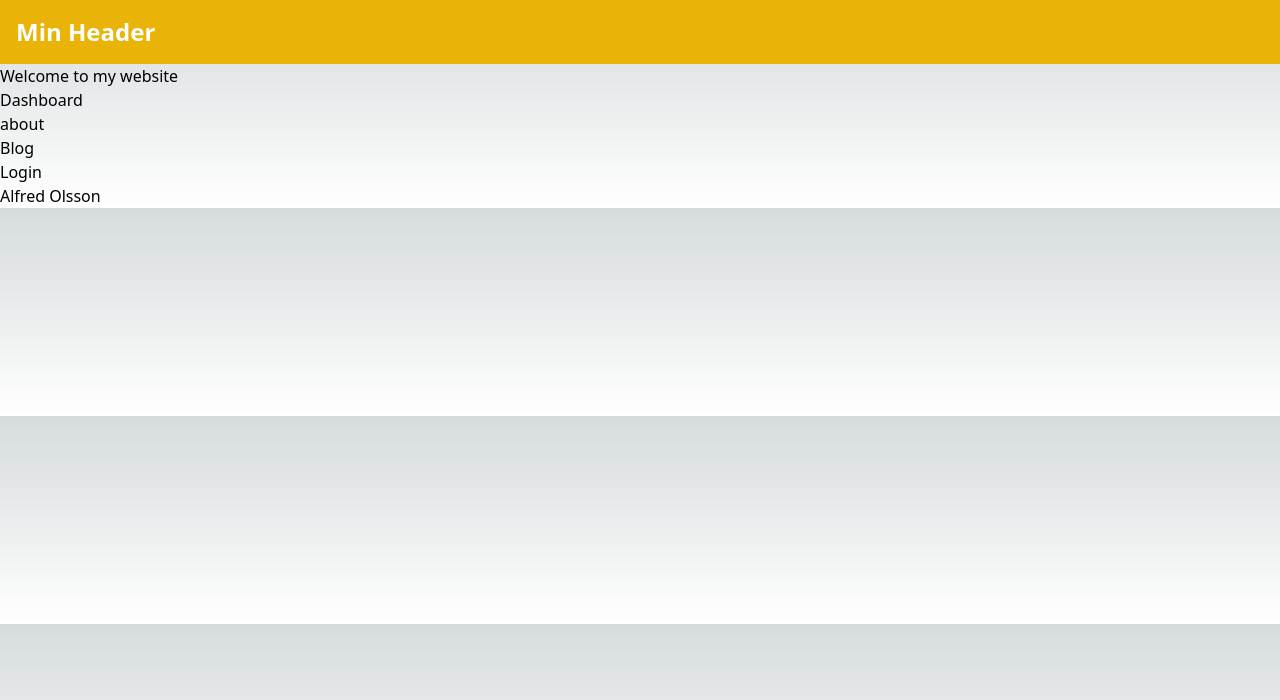
Repository: AlligatorAffe/NextWebsite
Page: /
The author's editor kept a copy of each file at every save. The page is drawn from the files as they stood at one save, then again after the next save.
The browser window is 1280 px wide. The pictures show the whole page.
The project was rebuilt for these pictures with package versions that can differ from the ones it lists, and the page was loaded fresh each time. The framework's server and built-in components were replaced by stand-ins that run in the browser. Also part of the build but not shown: next.config.js.

Above is the page before, as saved 2024-01-04 21:22:31.

After the next save:
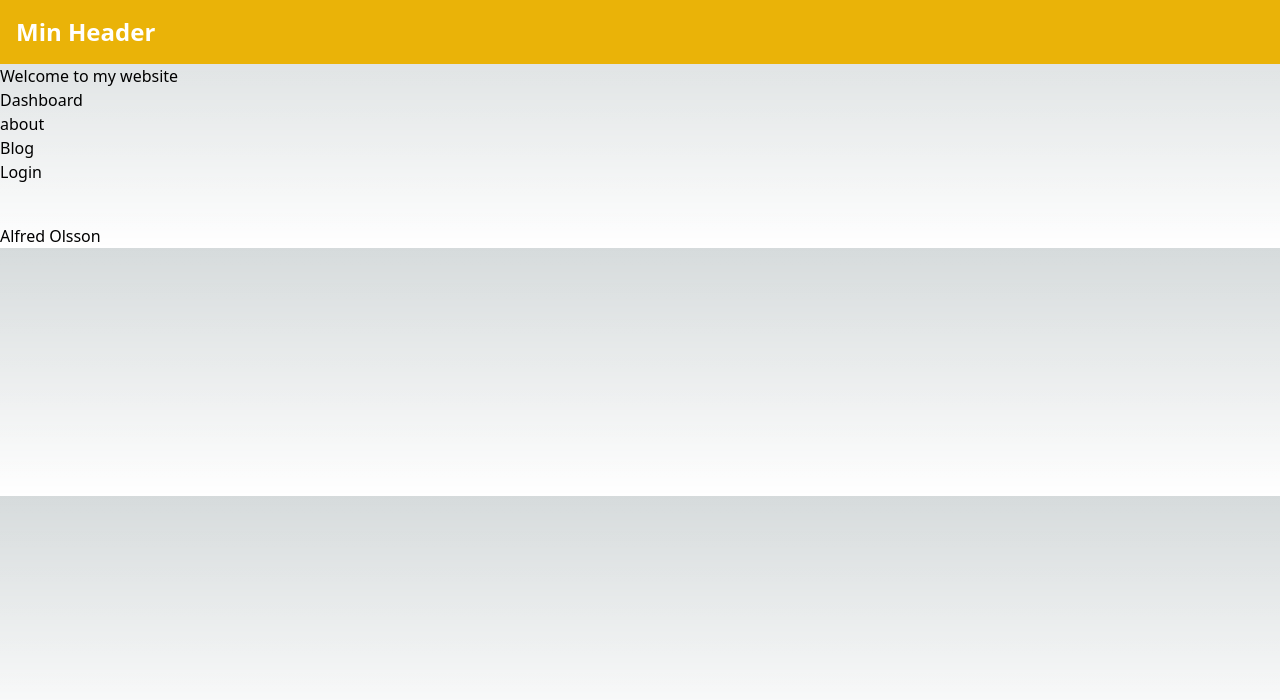
Saved 2 min 54 s later.
--- a/app/layout.tsx
+++ b/app/layout.tsx
@@ -54,7 +54,7 @@ export default function RootLayout({
           <h1 className="text-2xl font-bold text-white">Min Header</h1>
         </header>
         {children}
-        <footer>
+        <footer className='bg-white-800 rounded-md pt-10'>
           <h3>Alfred Olsson</h3>
         </footer>
       </body>
